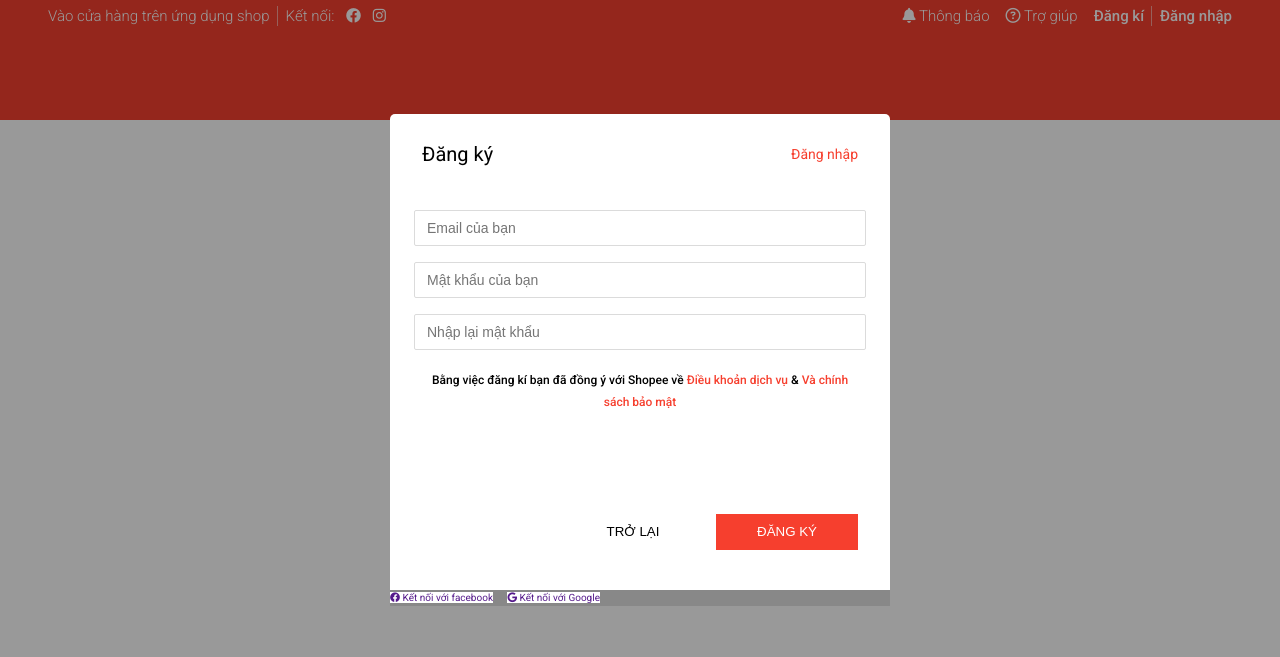
Repository: nguyenhoang2002062929/shoppee
Page: index.html
An editor plug-in stored every save of this project. The page is shown before and after the next save, followed by the edit.
The browser window is 1280 px wide. The pictures show the whole page.

Above is the page before, as saved 2023-06-20 11:07:58.

After the next save:
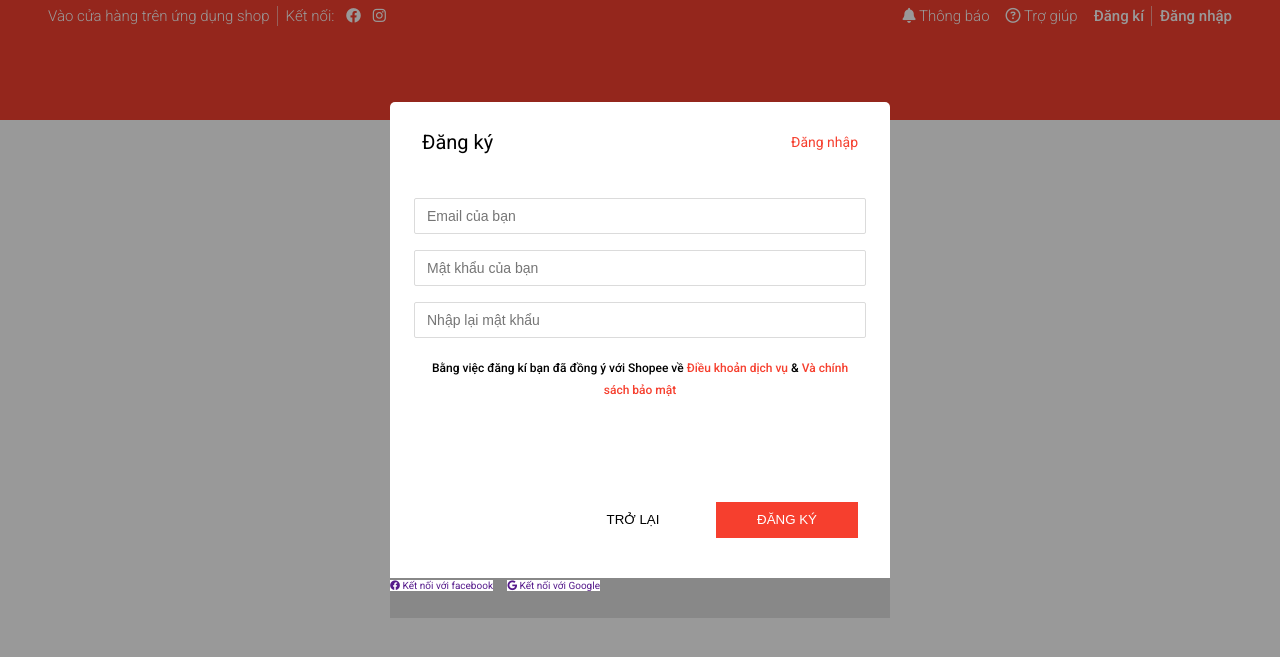
Saved 19 s later.
--- a/assets/css/main.css
+++ b/assets/css/main.css
@@ -258,6 +258,8 @@
     justify-content: flex-end;
 }
 .auth-form__social{
+    width: 100%;
+    height: 40px;
     margin-top: 40px;
     background-color: #888;
 }
